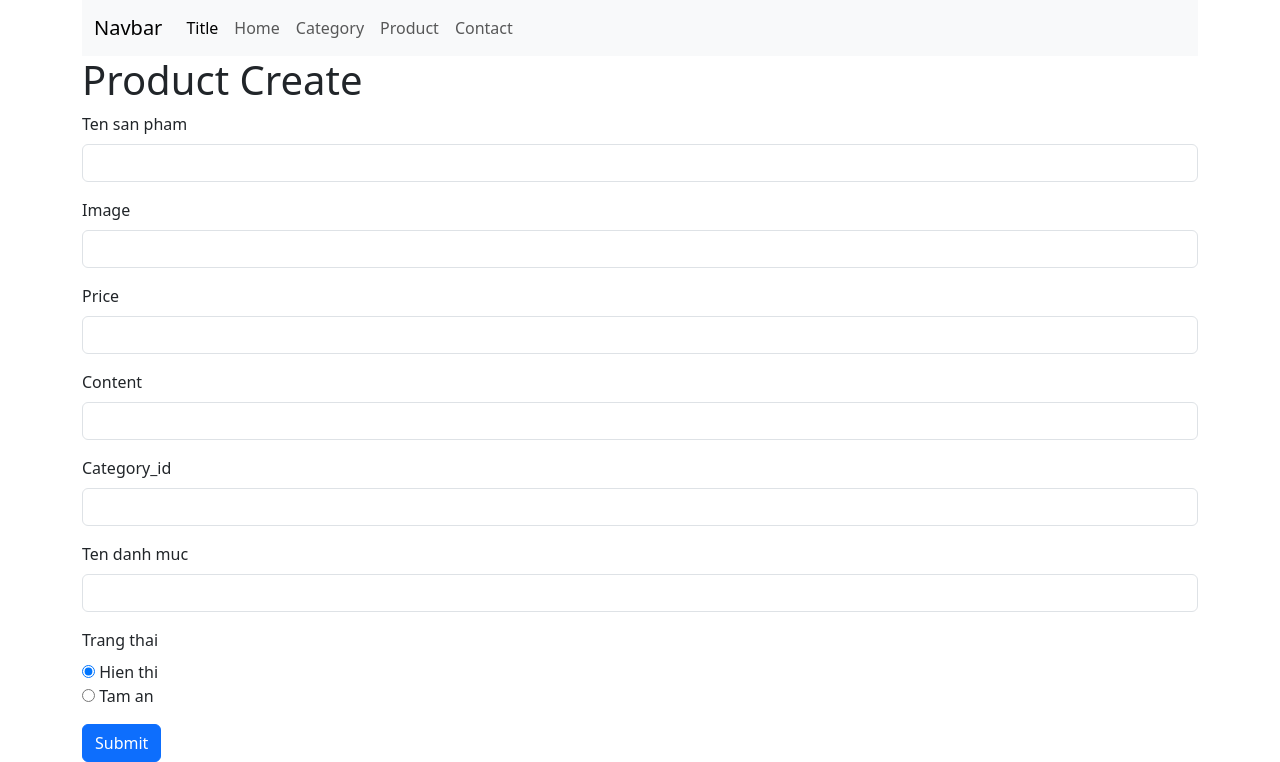
Repository: ndmq03102002/crud_laravel
Page: resources/views/admin/product/create.blade.php
These files come from the project's save history. The page is drawn as it stood at one moment and after the next save; the edit follows.
The browser window is 1280 px wide. The pictures show the whole page.
The page is served by the project's Laravel application, run on PHP 8.4 with Laravel 10. Other server files are loaded and not shown. The template is opened directly, without the code that normally fills it, so the values that code supplies are empty.

Above is the page before, as saved 2024-07-12 11:41:26.

### routes/web.php
<?php

use App\Http\Controllers\HomeController;
use App\Http\Controllers\AdminController;
use Illuminate\Support\Facades\Route;
use App\Http\Controllers\ProductController;
use App\Http\Controllers\CategoryController;
/*
|--------------------------------------------------------------------------
| Web Routes
|--------------------------------------------------------------------------
|
| Here is where you can register web routes for your application. These
| routes are loaded by the RouteServiceProvider and all of them will
| be assigned to the "web" middleware group. Make something great!
|
*/

Route::group(['prefix' => ''], function () {
    Route::get('/', [HomeController::class, 'index'])->name('home.index');
});

Route::get('/admin/login', [AdminController::class, 'login'])->name('admin.login');
Route::post('/admin/login', [AdminController::class, 'Checklogin']);
Route::get('/admin/register', [AdminController::class, 'register'])->name('admin.register');
Route::post('/admin/register', [AdminController::class, 'Checkregister']);


Route::group(['prefix' => 'admin', 'middleware'=>'auth'], function () {
    Route::get('/', [AdminController::class, 'index'])->name('admin.index');
    Route::resources([
        'product' => ProductController::class,
        'category' => CategoryController::class,
    ]);
});

### resources/views/admin/product/create.blade.php
@extends('admin.admin')

@section('main')

<h1>Product Create</h1>

<form action="{{route('product.store')}}" method = 'post' role="form">
    @csrf
    <div class="mb-3">
      <label for="exampleInputEmail1" class="form-label">Ten san pham</label>
      <input type="text" class="form-control" name='name' id="exampleInputEmail1" aria-describedby="emailHelp">

    </div>
    <div class="mb-3">
      <label for="exampleInputEmail1" class="form-label">Image</label>
      <input type="text" class="form-control" name='image' id="exampleInputEmail1" aria-describedby="emailHelp">

    </div>
    <div class="mb-3">
      <label for="exampleInputEmail1" class="form-label">Price</label>
      <input type="text" class="form-control" name='price' id="exampleInputEmail1" aria-describedby="emailHelp">

    </div>
    <div class="mb-3">
      <label for="exampleInputEmail1" class="form-label">Content</label>
      <input type="text" class="form-control" name='content' id="exampleInputEmail1" aria-describedby="emailHelp">

    </div>
    <div class="mb-3">
      <label for="exampleInputEmail1" class="form-label">Category_id</label>
      <input type="text" class="form-control" name='category_id' id="exampleInputEmail1" aria-describedby="emailHelp">

    </div>
    <div class="mb-3">
      <label for="exampleInputEmail1" class="form-label">Ten danh muc</label>
      <input type="text" class="form-control" name='name' id="exampleInputEmail1" aria-describedby="emailHelp">

    </div>
    <div class="mb-3">
      <label for="exampleInputPassword1" class="form-label">Trang thai</label>
      <div class="radio">
        <label for="">
            <input type="radio" name="status" value="1" checked>
            Hien thi
        </label>
      </div>
      <div class="radio">
        <label for="">
            <input type="radio" name="status" value="0" >
            Tam an
        </label>
      </div>
    </div>

    <button type="submit" class="btn btn-primary">Submit</button>
  </form>



@endsection

### resources/views/admin/admin.blade.php
<!doctype html>
<html lang="en">
    <head>
        <title>Title</title>
        <!-- Required meta tags -->
        <meta charset="utf-8" />
        <meta
            name="viewport"
            content="width=device-width, initial-scale=1, shrink-to-fit=no"
        />

        <!-- Bootstrap CSS v5.2.1 -->
        <link
            href="https://cdn.jsdelivr.net/npm/bootstrap@5.3.2/dist/css/bootstrap.min.css"
            rel="stylesheet"
            integrity="sha384-T3c6CoIi6uLrA9TneNEoa7RxnatzjcDSCmG1MXxSR1GAsXEV/Dwwykc2MPK8M2HN"
            crossorigin="anonymous"
        />
    </head>

    <body>

        <div
            class="container"
        >
        <nav class="navbar navbar-expand-lg bg-body-tertiary">
            <div class="container-fluid">
              <a class="navbar-brand" href="#">Navbar</a>
              <button class="navbar-toggler" type="button" data-bs-toggle="collapse" data-bs-target="#navbarNav" aria-controls="navbarNav" aria-expanded="false" aria-label="Toggle navigation">
                <span class="navbar-toggler-icon"></span>
              </button>
              <div class="collapse navbar-collapse" id="navbarNav">
                <ul class="navbar-nav">
                  <li class="nav-item">
                    <a class="nav-link active" aria-current="page" href="#">Title</a>
                  </li>
                  <li class="nav-item">
                    <a class="nav-link" href="{{route('admin.index')}}">Home</a>
                  </li>
                  <li class="nav-item">
                    <a class="nav-link" href="{{route('category.index')}}">Category</a>
                  </li>
                  <li class="nav-item">
                    <a class="nav-link" href="{{route('product.index')}}">Product</a>
                  </li>
                    <li class="nav-item">
                        <a class="nav-link" href="#">Contact</a>
                    </li>
                </ul>
              </div>
            </div>
          </nav>

        </div>

        <div
            class="container"
        >
            @yield('main')
        </div>





        <script
            src="https://cdn.jsdelivr.net/npm/@popperjs/core@2.11.8/dist/umd/popper.min.js"
            integrity="sha384-I7E8VVD/ismYTF4hNIPjVp/Zjvgyol6VFvRkX/vR+Vc4jQkC+hVqc2pM8ODewa9r"
            crossorigin="anonymous"
        ></script>

        <script
            src="https://cdn.jsdelivr.net/npm/bootstrap@5.3.2/dist/js/bootstrap.min.js"
            integrity="sha384-BBtl+eGJRgqQAUMxJ7pMwbEyER4l1g+O15P+16Ep7Q9Q+zqX6gSbd85u4mG4QzX+"
            crossorigin="anonymous"
        ></script>
    </body>
</html>

After the next save:
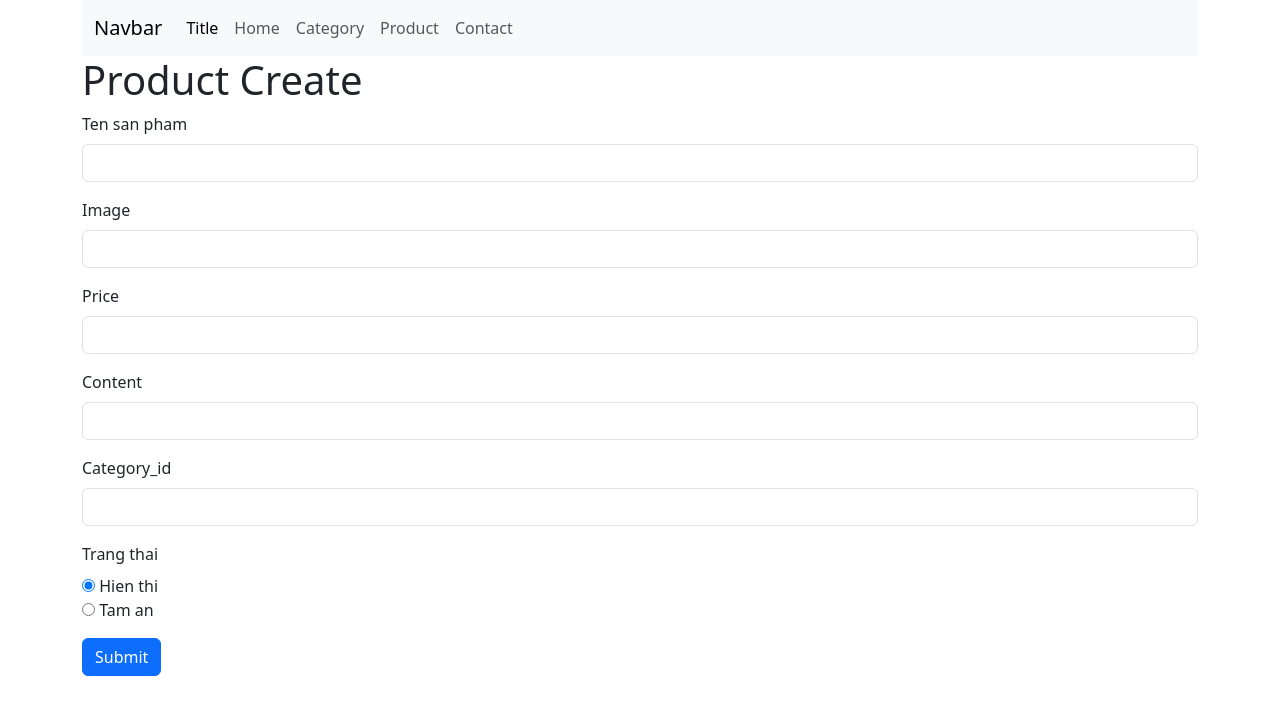
Saved 8 s later.
--- a/resources/views/admin/product/create.blade.php
+++ b/resources/views/admin/product/create.blade.php
@@ -32,11 +32,6 @@
 
     </div>
     <div class="mb-3">
-      <label for="exampleInputEmail1" class="form-label">Ten danh muc</label>
-      <input type="text" class="form-control" name='name' id="exampleInputEmail1" aria-describedby="emailHelp">
-
-    </div>
-    <div class="mb-3">
       <label for="exampleInputPassword1" class="form-label">Trang thai</label>
       <div class="radio">
         <label for="">
